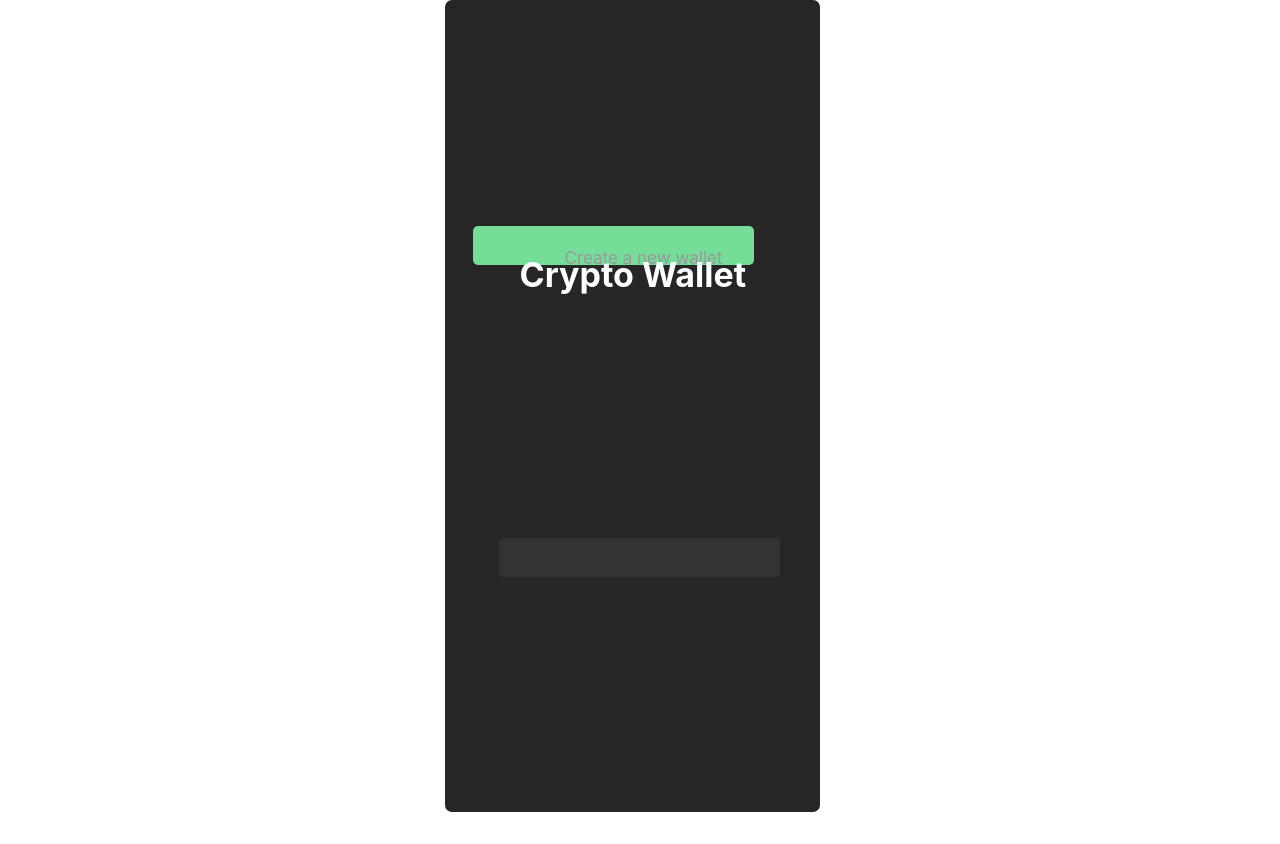
Repository: krishbains/CryptoWallet
Page: /
These files come from the project's save history. The page is drawn as it stood at one moment and after the next save; the edit follows.
The browser window is 1280 px wide. The pictures show the whole page.
The project was rebuilt for these pictures with package versions that can differ from the ones it lists, and the page was loaded fresh each time. Also part of the build but not shown: src/components/basepage/basepage.jsx.

Above is the page before, as saved 2024-03-28 15:37:36.

### src/App.js
import './App.css';
import BasePage from './components/basepage/basepage';
import StartingPage from './components/startingpage/startingpage';

function App() {
  return (
    <div className="App">
      {/* <BasePage/> */}
      <StartingPage/>
    </div>
  );
}

export default App;

### src/components/startingpage/startingpage.jsx
import React from 'react';
import './startingpage.css';

export default function StartingPage() {
return (
<div className='main-container'>
    <div className='main-frame-background'>
    <div className='main-frame'>
        <span className='welcome-to'>Welcome to </span>
        <span className='crypto-wallet'>Crypto Wallet</span>
        <span className='new-wallet'>

        Create a new wallet or import one from a seed phrase.
        </span>
        <div className='new-wallet-box'>
        <span className='create-wallet'>Create a new wallet</span>
        </div>
        <div className='existing-wallet-box'>
        <span className='have-wallet'>I already have a wallet</span>
        </div>
    </div>
    </div>
</div>
);
}

### src/components/basepage/basepage.css
:root {
  --default-font-family: -apple-system, BlinkMacSystemFont, "Segoe UI", Roboto,
    Ubuntu, "Helvetica Neue", Helvetica, Arial, "PingFang SC",
    "Hiragino Sans GB", "Microsoft Yahei UI", "Microsoft Yahei",
    "Source Han Sans CN", sans-serif;
}

.main-container {
  overflow: hidden;
}

.main-container,
.main-container * {
  box-sizing: border-box;
}

input,
select,
textarea,
button {
  outline: 0;
}

.main-container {
  position: relative;
  width: 375px;
  height: 812px;
  margin: 0 auto;
}
.main-frame-background {
  position: relative;
  width: 374.944px;
  height: 812px;
  margin: 0 0 0 0;
  background: #262626;
  z-index: 1;
  overflow: visible auto;
  border-radius: 7px;
}
.account-bar {
  position: relative;
  width: 375px;
  height: 58px;
  margin: 0 0 0 0;
  background: #222222;
  z-index: 3;
  border-radius: 7px 7px 0 0;
}
.account {
  display: flex;
  align-items: flex-start;
  justify-content: flex-start;
  position: absolute;
  height: 47.455px;
  top: 5.273px;
  left: 128.397px;
  color: #ffffff;
  font-family: Kantumruy, var(--default-font-family);
  font-size: 20px;
  font-weight: 400;
  line-height: 36.133px;
  text-align: left;
  white-space: nowrap;
  z-index: 4;
}
.vector {
  position: absolute;
  width: 7.07%;
  height: 40.91%;
  top: 29.55%;
  left: 4.62%;
  background: url(../assets/images/45246d70-5334-4404-8daa-30d76e51f1e5.png)
    no-repeat center;
  background-size: 100% 100%;
  z-index: 6;
}
.rectangle {
  position: relative;
  width: 333.22px;
  height: 131.818px;
  margin: 26.364px 0 0 20.38px;
  background: #74dd98;
  border: 2px solid #2e2e2e;
  z-index: 60;
  border-radius: 16px;
  box-shadow: 0 4px 4px 0 rgba(0, 0, 0, 0.25);
}
.flex-column-be {
  position: absolute;
  width: 40.67%;
  height: 76%;
  top: 10.48%;
  left: 5.52%;
  font-size: 0px;
  z-index: 65;
}
.current-balance {
  display: block;
  position: relative;
  height: 31.636px;
  margin: 0 0 0 0;
  color: #272727;
  font-family: Poppins, var(--default-font-family);
  font-size: 16px;
  font-weight: 600;
  line-height: 24px;
  text-align: left;
  white-space: nowrap;
  z-index: 65;
}
.currency {
  display: block;
  position: relative;
  height: 47.455px;
  margin: 21.091px 0 0 0;
  color: #1d1d1d;
  font-family: Poppins, var(--default-font-family);
  font-size: 24px;
  font-weight: 700;
  line-height: 36px;
  text-align: left;
  white-space: nowrap;
  z-index: 64;
}
.percentage {
  display: flex;
  align-items: center;
  justify-content: flex-start;
  position: absolute;
  height: 23.727px;
  top: 77.091px;
  right: 92.769px;
  color: #2e2e2e;
  font-family: Inter, var(--default-font-family);
  font-size: 14.819188117980957px;
  font-weight: 700;
  line-height: 17.935px;
  text-align: left;
  white-space: nowrap;
  z-index: 62;
}
.arrow-up {
  position: absolute;
  width: 3.68%;
  height: 12.04%;
  top: 60.34%;
  left: 52%;
  background: url(../assets/images/10aa10bc-5b7c-4b32-8284-2e646e5b7f8e.png)
    no-repeat center;
  background-size: 100% 100%;
  z-index: 63;
  overflow: hidden;
  border-radius: 16px;
}
.flex-row-afb {
  display: flex;
  align-items: center;
  justify-content: space-between;
  position: relative;
  width: 324.736px;
  height: 50.091px;
  margin: 39.545px 0 0 22.418px;
  z-index: 57;
}
.transfer-button {
  flex-shrink: 0;
  position: relative;
  width: 102.589px;
  height: 50.091px;
  background: #74dd98;
  border: 2px solid #393939;
  z-index: 57;
  border-radius: 20px;
  box-sizing: content-box;
}
.transfer {
  display: flex;
  align-items: flex-start;
  justify-content: flex-start;
  position: absolute;
  height: 25.045px;
  top: 11.864px;
  left: 21.702px;
  color: #222222;
  font-family: Inter, var(--default-font-family);
  font-size: 14px;
  font-weight: 600;
  line-height: 16.943px;
  text-align: left;
  white-space: nowrap;
  z-index: 58;
}
.deposit-button {
  flex-shrink: 0;
  position: relative;
  width: 102.589px;
  height: 50.091px;
  background: #74dd98;
  border: 2px solid #393939;
  z-index: 54;
  border-radius: 20px;
  box-sizing: content-box;
  box-shadow: 0 4px 4px 0 rgba(0, 0, 0, 0.25) inset;
}
.deposit {
  display: flex;
  align-items: flex-start;
  justify-content: flex-start;
  position: absolute;
  height: 25.045px;
  top: 11.864px;
  left: 23.674px;
  color: #28272a;
  font-family: Inter, var(--default-font-family);
  font-size: 14px;
  font-weight: 600;
  line-height: 16.943px;
  text-align: left;
  white-space: nowrap;
  z-index: 55;
  text-shadow: 0 4px 4px rgba(0, 0, 0, 0.25);
}
.receive-button {
  flex-shrink: 0;
  position: relative;
  width: 102.589px;
  height: 50.091px;
  background: #74dd98;
  border: 2px solid #393939;
  z-index: 51;
  border-radius: 20px;
  box-sizing: content-box;
}
.withdraw {
  display: flex;
  align-items: flex-start;
  justify-content: flex-start;
  position: absolute;
  height: 25.045px;
  top: 11.864px;
  left: 16.77px;
  color: #28272a;
  font-family: Inter, var(--default-font-family);
  font-size: 14px;
  font-weight: 600;
  line-height: 16.943px;
  text-align: left;
  white-space: nowrap;
  z-index: 52;
}
.holdings-background {
  position: relative;
  width: 353.601px;
  height: 395.455px;
  margin: 39.545px 0 0 10.19px;
  background: url(../assets/images/080edce0-6464-4538-901a-cff2fcb1b786.png)
    no-repeat center;
  background-size: cover;
  z-index: 46;
  overflow: visible auto;
}
.flex-row {
  display: flex;
  align-items: center;
  justify-content: space-between;
  position: relative;
  width: 327.106px;
  height: 26.364px;
  margin: 14.5px 0 0 9.171px;
  z-index: 48;
}
.holdings {
  flex-shrink: 0;
  position: relative;
  height: 26.364px;
  color: #ffffff;
  font-family: Poppins, var(--default-font-family);
  font-size: 15px;
  font-weight: 700;
  line-height: 20px;
  text-align: left;
  white-space: nowrap;
  z-index: 48;
}
.see-all {
  flex-shrink: 0;
  position: relative;
  height: 21.091px;
  color: #ffffff;
  font-family: Poppins, var(--default-font-family);
  font-size: 14px;
  font-weight: 500;
  line-height: 16px;
  text-align: left;
  text-decoration: underline;
  white-space: nowrap;
  z-index: 47;
}
.flex-row-fa {
  position: relative;
  width: 338.315px;
  height: 59.318px;
  margin: 11.864px 0 0 12.228px;
  z-index: 45;
}
.eth-icon {
  position: absolute;
  width: 14.46%;
  height: 100%;
  top: 0;
  left: 0;
  background: url(../assets/images/b7ec6f21-89a5-45ad-a6ac-5ef64cc5c58f.png)
    no-repeat center;
  background-size: 100% 100%;
  z-index: 44;
}
.pound-amount {
  display: flex;
  align-items: center;
  justify-content: flex-start;
  position: absolute;
  height: 31.636px;
  top: 1.318px;
  right: 0;
  color: #ffffff;
  font-family: Poppins, var(--default-font-family);
  font-size: 16px;
  font-weight: 700;
  line-height: 24px;
  text-align: left;
  white-space: nowrap;
  z-index: 41;
}
.ethereum {
  display: flex;
  align-items: flex-start;
  justify-content: flex-start;
  position: absolute;
  height: 53.33%;
  top: 6.67%;
  left: 18.31%;
  color: #ffffff;
  font-family: Poppins, var(--default-font-family);
  font-size: 16px;
  font-weight: 700;
  line-height: 24px;
  text-align: left;
  white-space: nowrap;
  z-index: 43;
}
.graph-eth {
  position: absolute;
  width: 68.054px;
  height: 34.744px;
  top: 10.34px;
  left: 167.178px;
  background: url(../assets/images/f28026c0-2074-47fa-8fcf-f2ae30d66aa1.png)
    no-repeat center;
  background-size: cover;
  z-index: 45;
}
.eth {
  display: flex;
  align-items: flex-start;
  justify-content: flex-start;
  position: absolute;
  height: 46.67%;
  top: 53.33%;
  left: 18.31%;
  color: #6c757d;
  font-family: Poppins, var(--default-font-family);
  font-size: 14px;
  font-weight: 400;
  line-height: 21px;
  text-align: left;
  white-space: nowrap;
  z-index: 42;
}
.eth-amount {
  display: flex;
  align-items: center;
  justify-content: flex-start;
  position: absolute;
  height: 19.773px;
  top: 35.591px;
  right: 5.095px;
  color: #6c757d;
  font-family: Poppins, var(--default-font-family);
  font-size: 10px;
  font-weight: 700;
  line-height: 15px;
  text-align: left;
  white-space: nowrap;
  z-index: 40;
}
.flex-row-eed {
  position: relative;
  width: 334.239px;
  height: 59.318px;
  margin: 31.636px 0 0 13.247px;
  z-index: 35;
}
.rectangle-1 {
  position: absolute;
  width: 48.913px;
  height: 59.318px;
  top: 0;
  left: 0;
  background: #212125;
  z-index: 34;
  border-radius: 6px;
}
.bitcoin-logo {
  position: relative;
  width: 22.418px;
  height: 29px;
  margin: 15.818px 0 0 13.247px;
  z-index: 36;
  overflow: hidden;
}
.group {
  position: relative;
  width: 16.199px;
  height: 29px;
  margin: 0 0 0 3.109px;
  z-index: 37;
}
.vector-2 {
  position: absolute;
  width: 100%;
  height: 100%;
  top: 0;
  left: 0;
  background: url(../assets/images/91116894-a53a-42bc-a648-6d4736a95ef9.png)
    no-repeat center;
  background-size: 100% 100%;
  z-index: 38;
}
.pound-amount-3 {
  display: flex;
  align-items: center;
  justify-content: flex-start;
  position: absolute;
  height: 31.636px;
  top: 1.318px;
  right: 0;
  color: #ffffff;
  font-family: Poppins, var(--default-font-family);
  font-size: 16px;
  font-weight: 700;
  line-height: 24px;
  text-align: left;
  white-space: nowrap;
  z-index: 29;
}
.bitcoin {
  display: flex;
  align-items: flex-start;
  justify-content: flex-start;
  position: absolute;
  height: 53.33%;
  top: 6.67%;
  left: 18.85%;
  color: #ffffff;
  font-family: Poppins, var(--default-font-family);
  font-size: 16px;
  font-weight: 700;
  line-height: 24px;
  text-align: left;
  white-space: nowrap;
  z-index: 32;
}
.graph-btc {
  position: absolute;
  width: 69.773px;
  height: 25.811px;
  top: 16.871px;
  left: 166.11px;
  background: url(../assets/images/b357d26c-909c-44e7-9281-c4edeaf9df15.png)
    no-repeat center;
  background-size: cover;
  z-index: 35;
}
.btc {
  display: flex;
  align-items: flex-start;
  justify-content: flex-start;
  position: absolute;
  height: 46.67%;
  top: 53.33%;
  left: 18.85%;
  color: #6c757d;
  font-family: Poppins, var(--default-font-family);
  font-size: 14px;
  font-weight: 400;
  line-height: 21px;
  text-align: left;
  white-space: nowrap;
  z-index: 31;
}
.btc-amount {
  display: flex;
  align-items: center;
  justify-content: flex-start;
  position: absolute;
  height: 19.773px;
  top: 35.591px;
  right: 1.235px;
  color: #6c757d;
  font-family: Poppins, var(--default-font-family);
  font-size: 10px;
  font-weight: 700;
  line-height: 15px;
  text-align: left;
  white-space: nowrap;
  z-index: 30;
}
.flex-row-d {
  position: relative;
  width: 333.22px;
  height: 59.318px;
  margin: 31.636px 0 0 14.266px;
  z-index: 26;
}
.rectangle-4 {
  position: absolute;
  width: 48.913px;
  height: 59.318px;
  top: 0;
  left: 0;
  background: #212125;
  z-index: 26;
  border-radius: 6px;
}
.vector-5 {
  position: relative;
  width: 20.38px;
  height: 26.364px;
  margin: 15.818px 0 0 14.266px;
  background: url(../assets/images/54097542-4e6a-4b7e-aa89-15c2462a3a01.png)
    no-repeat center;
  background-size: 100% 100%;
  z-index: 27;
}
.pound {
  display: flex;
  align-items: center;
  justify-content: flex-start;
  position: absolute;
  height: 31.636px;
  top: 1.318px;
  right: 0;
  color: #ffffff;
  font-family: Poppins, var(--default-font-family);
  font-size: 16px;
  font-weight: 700;
  line-height: 24px;
  text-align: left;
  white-space: nowrap;
  z-index: 21;
}
.bitcoin-litecoin {
  display: flex;
  align-items: flex-start;
  justify-content: flex-start;
  position: absolute;
  height: 53.33%;
  top: 6.67%;
  left: 18.9%;
  color: #ffffff;
  font-family: Poppins, var(--default-font-family);
  font-size: 16px;
  font-weight: 700;
  line-height: 24px;
  text-align: left;
  white-space: nowrap;
  z-index: 24;
}
.graph-eth-6 {
  position: absolute;
  width: 68.054px;
  height: 34.744px;
  top: 12.411px;
  left: 166.619px;
  background: url(../assets/images/5a5ba27f-919b-4bf2-a698-b63f6a62aeda.png)
    no-repeat center;
  background-size: cover;
  z-index: 20;
}
.ltc {
  display: flex;
  align-items: flex-start;
  justify-content: flex-start;
  position: absolute;
  height: 46.67%;
  top: 53.33%;
  left: 18.9%;
  color: #6c757d;
  font-family: Poppins, var(--default-font-family);
  font-size: 14px;
  font-weight: 400;
  line-height: 21px;
  text-align: left;
  white-space: nowrap;
  z-index: 23;
}
.ltc-amount {
  display: flex;
  align-items: center;
  justify-content: flex-start;
  position: absolute;
  height: 19.773px;
  top: 35.591px;
  right: 0px;
  color: #6c757d;
  font-family: Poppins, var(--default-font-family);
  font-size: 10px;
  font-weight: 700;
  line-height: 15px;
  text-align: left;
  white-space: nowrap;
  z-index: 22;
}
.flex-row-cdef {
  position: relative;
  width: 333.22px;
  height: 59.318px;
  margin: 31.636px 0 0 9.171px;
  z-index: 16;
}
.rectangle-7 {
  position: absolute;
  width: 48.913px;
  height: 59.318px;
  top: 0;
  left: 0;
  background: #212125;
  z-index: 16;
  border-radius: 6px;
}
.xrp-alt {
  position: relative;
  width: 22.418px;
  height: 29px;
  margin: 15.818px 0 0 13.247px;
  z-index: 17;
  overflow: hidden;
}
.xrp {
  position: relative;
  width: 21.219px;
  height: 28.881px;
  margin: 0.12px 0 0 0.59px;
  background: url(../assets/images/051f1be4-0ac0-4825-8185-528ab2f2c210.png)
    no-repeat center;
  background-size: 100% 100%;
  z-index: 18;
}
.pound-8 {
  display: flex;
  align-items: center;
  justify-content: flex-start;
  position: absolute;
  height: 31.636px;
  top: 1.318px;
  right: 0px;
  color: #ffffff;
  font-family: Poppins, var(--default-font-family);
  font-size: 16px;
  font-weight: 700;
  line-height: 24px;
  text-align: left;
  white-space: nowrap;
  z-index: 11;
}
.ripple {
  display: flex;
  align-items: flex-start;
  justify-content: flex-start;
  position: absolute;
  height: 53.33%;
  top: 6.67%;
  left: 18.9%;
  color: #ffffff;
  font-family: Poppins, var(--default-font-family);
  font-size: 16px;
  font-weight: 700;
  line-height: 24px;
  text-align: left;
  white-space: nowrap;
  z-index: 14;
}
.graph-eth-9 {
  position: absolute;
  width: 68.054px;
  height: 34.744px;
  top: 12.411px;
  left: 166.619px;
  background: url(../assets/images/47c54188-5354-4b07-969a-d62b24e173eb.png)
    no-repeat center;
  background-size: cover;
  z-index: 10;
}
.btc-a {
  display: flex;
  align-items: flex-start;
  justify-content: flex-start;
  position: absolute;
  height: 46.67%;
  top: 53.33%;
  left: 18.9%;
  color: #6c757d;
  font-family: Poppins, var(--default-font-family);
  font-size: 14px;
  font-weight: 400;
  line-height: 21px;
  text-align: left;
  white-space: nowrap;
  z-index: 13;
}
.ltc-b {
  display: flex;
  align-items: center;
  justify-content: flex-start;
  position: absolute;
  height: 19.773px;
  top: 35.591px;
  right: 0;
  color: #6c757d;
  font-family: Poppins, var(--default-font-family);
  font-size: 10px;
  font-weight: 700;
  line-height: 15px;
  text-align: left;
  white-space: nowrap;
  z-index: 12;
}

### src/components/startingpage/startingpage.css
:root {
    --default-font-family: -apple-system, BlinkMacSystemFont, "Segoe UI", Roboto,
      Ubuntu, "Helvetica Neue", Helvetica, Arial, "PingFang SC",
      "Hiragino Sans GB", "Microsoft Yahei UI", "Microsoft Yahei",
      "Source Han Sans CN", sans-serif;
  }

  .main-container {
    overflow: hidden;
  }

  .main-container,
  .main-container * {
    box-sizing: border-box;
  }

  input,
  select,
  textarea,
  button {
    outline: 0;
  }

  .main-container {
    position: relative;
    width: 390px;
    height: 844px;
    margin: 0 auto;
  }
  .main-frame {
    position: relative;
    width: 333px;
    height: 385px;
    margin: 226px 0 0 28px;
    font-size: 0px;
    z-index: 1;
    overflow: visible auto;
  }
  .welcome-message {
    display: flex;
    align-items: flex-start;
    justify-content: center;
    position: relative;
    width: 103.837px;
    height: 22.803px;
    margin: 17.308px 0 0 24.374px;
    color: #999999;
    font-family: Actor, var(--default-font-family);
    font-size: 20px;
    font-weight: 400;
    line-height: 22.803px;
    text-align: center;
    white-space: nowrap;
    z-index: 10;
  }
  .crypto-wallet {
    display: block;
    position: relative;
    height: 61.757px;
    margin: 18.052px 0 0 46.553px;
    color: #ffffff;
    font-family: Kantumruy, var(--default-font-family);
    font-size: 34px;
    font-weight: 700;
    line-height: 61.426px;
    text-align: left;
    white-space: nowrap;
    z-index: 8;
  }
  .create-wallet {
    display: flex;
    align-items: flex-start;
    justify-content: center;
    position: relative;
    width: 298.406px;
    height: 43.705px;
    margin: 21.853px 0 0 21.35px;
    color: #999999;
    font-family: Actor, var(--default-font-family);
    font-size: 17px;
    font-weight: 400;
    line-height: 20.451px;
    text-align: center;
    z-index: 9;
  }
  .group-button {
    position: relative;
    width: 281px;
    height: 39px;
    margin: 79.522px 0 0 26px;
    cursor: pointer;
    font-size: 0px;
    background: transparent;
    border: none;
    z-index: 3;
    overflow: visible auto;
    border-radius: 5px;
  }
  .create-wallet-span {
    display: block;
    position: relative;
    height: 18.052px;
    margin: 10.739px 0 0 76px;
    color: #222222;
    font-family: Inter, var(--default-font-family);
    font-size: 14px;
    font-weight: 600;
    line-height: 16.943px;
    text-align: left;
    white-space: nowrap;
    z-index: 5;
  }
  .new-wallet-box {
    position: absolute;
    width: 281px;
    height: 39px;
    top: 0;
    left: 0;
    background: #74dd98;
    z-index: 4;
    border-radius: 5px;
  }
  .main-frame-1 {
    position: absolute;
    width: 333px;
    height: 385px;
    top: 0;
    left: 0;
    background: #222222;
    z-index: 2;
    border-radius: 7px;
  }
  .existing-wallet-box {
    position: absolute;
    width: 281px;
    height: 39px;
    top: 312px;
    left: 26px;
    cursor: pointer;
    background: #333333;
    border: none;
    z-index: 6;
    border-radius: 5px;
  }
  .wallet {
    display: flex;
    align-items: flex-start;
    justify-content: flex-start;
    position: absolute;
    height: 18.052px;
    top: 322.295px;
    left: 91.919px;
    color: #ffffff;
    font-family: Inter, var(--default-font-family);
    font-size: 14px;
    font-weight: 600;
    line-height: 16.943px;
    text-align: left;
    white-space: nowrap;
    z-index: 7;
  }
  /* .main-frame-background {
    position: absolute;
    width: 390px;
    height: 844px;
    top: 0;
    left: 0;
    background: #bfc9ff;
    border-radius: 7px;
  } */

Loaded but not shown: public/index.html (common file); src/index.js (common file); src/index.css (common file); src/reportWebVitals.js (common file); src/App.css (common file)

After the next save:
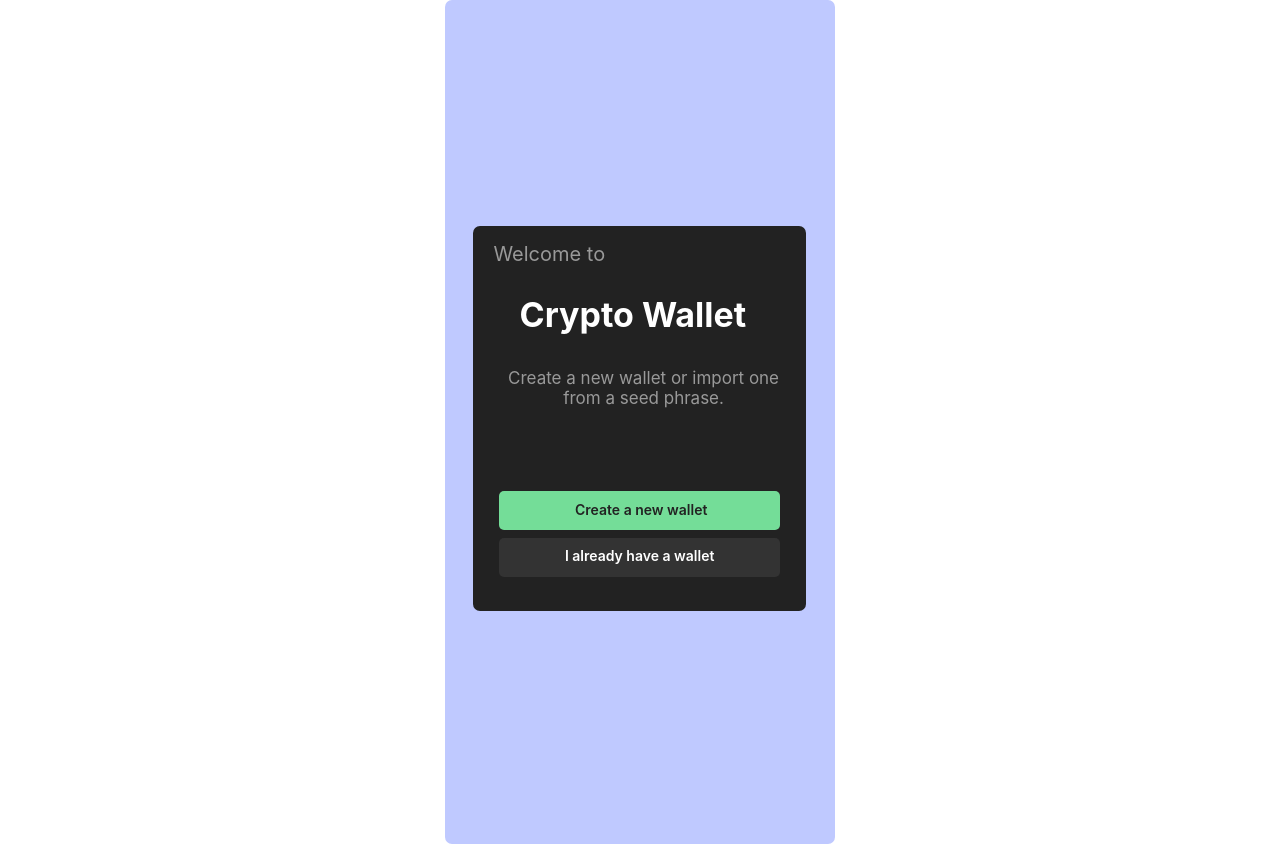
Saved 24 s later.
--- a/src/components/startingpage/startingpage.css
+++ b/src/components/startingpage/startingpage.css
@@ -27,16 +27,28 @@
     height: 844px;
     margin: 0 auto;
   }
+  .main-frame-background {
+    position: absolute;
+    width: 390px;
+    height: 844px;
+    top: 0;
+    left: 0;
+    background: #bfc9ff;
+    z-index: 1;
+    border-radius: 7px;
+  }
   .main-frame {
     position: relative;
     width: 333px;
     height: 385px;
     margin: 226px 0 0 28px;
     font-size: 0px;
-    z-index: 1;
+    background: #222222;
+    z-index: 2;
     overflow: visible auto;
+    border-radius: 7px;
   }
-  .welcome-message {
+  .welcome-to {
     display: flex;
     align-items: flex-start;
     justify-content: center;
@@ -51,7 +63,7 @@
     line-height: 22.803px;
     text-align: center;
     white-space: nowrap;
-    z-index: 10;
+    z-index: 11;
   }
   .crypto-wallet {
     display: block;
@@ -65,9 +77,9 @@
     line-height: 61.426px;
     text-align: left;
     white-space: nowrap;
-    z-index: 8;
+    z-index: 9;
   }
-  .create-wallet {
+  .new-wallet {
     display: flex;
     align-items: flex-start;
     justify-content: center;
@@ -81,26 +93,25 @@
     font-weight: 400;
     line-height: 20.451px;
     text-align: center;
-    z-index: 9;
+    z-index: 10;
   }
-  .group-button {
+  .new-wallet-box {
     position: relative;
     width: 281px;
     height: 39px;
     margin: 79.522px 0 0 26px;
-    cursor: pointer;
-    font-size: 0px;
-    background: transparent;
-    border: none;
-    z-index: 3;
-    overflow: visible auto;
+    background: #74dd98;
+    z-index: 4;
     border-radius: 5px;
   }
-  .create-wallet-span {
-    display: block;
-    position: relative;
+  .create-wallet {
+    display: flex;
+    align-items: flex-start;
+    justify-content: flex-start;
+    position: absolute;
     height: 18.052px;
-    margin: 10.739px 0 0 76px;
+    top: 10.739px;
+    left: 76px;
     color: #222222;
     font-family: Inter, var(--default-font-family);
     font-size: 14px;
@@ -110,46 +121,23 @@
     white-space: nowrap;
     z-index: 5;
   }
-  .new-wallet-box {
-    position: absolute;
+  .existing-wallet-box {
+    position: relative;
     width: 281px;
     height: 39px;
-    top: 0;
-    left: 0;
-    background: #74dd98;
-    z-index: 4;
+    margin: 8px 0 0 26px;
+    background: #333333;
+    z-index: 7;
     border-radius: 5px;
   }
-  .main-frame-1 {
-    position: absolute;
-    width: 333px;
-    height: 385px;
-    top: 0;
-    left: 0;
-    background: #222222;
-    z-index: 2;
-    border-radius: 7px;
-  }
-  .existing-wallet-box {
-    position: absolute;
-    width: 281px;
-    height: 39px;
-    top: 312px;
-    left: 26px;
-    cursor: pointer;
-    background: #333333;
-    border: none;
-    z-index: 6;
-    border-radius: 5px;
-  }
-  .wallet {
+  .have-wallet {
     display: flex;
     align-items: flex-start;
     justify-content: flex-start;
     position: absolute;
     height: 18.052px;
-    top: 322.295px;
-    left: 91.919px;
+    top: 10.295px;
+    left: 65.919px;
     color: #ffffff;
     font-family: Inter, var(--default-font-family);
     font-size: 14px;
@@ -157,14 +145,5 @@
     line-height: 16.943px;
     text-align: left;
     white-space: nowrap;
-    z-index: 7;
+    z-index: 8;
   }
-  /* .main-frame-background {
-    position: absolute;
-    width: 390px;
-    height: 844px;
-    top: 0;
-    left: 0;
-    background: #bfc9ff;
-    border-radius: 7px;
-  } */
